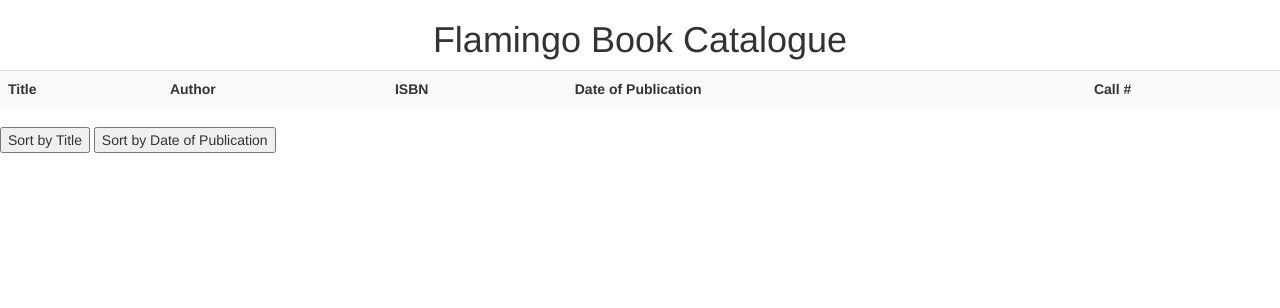
Repository: avega15/Library-Database
Page: http://localhost/main
These files come from the project's save history. The page is drawn as it stood at one moment and after the next save; the edit follows.
The browser window is 1280 px wide. The pictures show the whole page.
The page is this project's Thymeleaf template; nobody is signed in. The template is opened directly, without the code that normally fills it, so the values that code supplies are empty.

Above is the page before, as saved 2021-04-22 01:14:20.

### demo/src/main/resources/templates/main.html
<!DOCTYPE HTML>
<html xmlns:th="http://www.thymeleaf.org">
<head>
<title>Dachshund Book Catalogue</title>
<meta http-equiv="Content-Type" content="text/html; charset=UTF-8" />
<link rel="stylesheet"
	href="https://maxcdn.bootstrapcdn.com/bootstrap/3.4.1/css/bootstrap.min.css">
<script
	src="https://ajax.googleapis.com/ajax/libs/jquery/3.5.1/jquery.min.js"></script>
<script
	src="https://maxcdn.bootstrapcdn.com/bootstrap/3.4.1/js/bootstrap.min.js"></script>
</head>
<body>
	<h1 style="text-align: center">Flamingo Book Catalogue</h1>
	<table class="table table-striped">
		<tr>
			<th scope="col" onclick="window.location.href='titleSort';">Title</th>
			<th scope="col">Author</th>
			<th scope="col">ISBN</th>
			<th scope="col" onclick="window.location.href='dateSort';">Date of
				Publication</th>
			<th scope="col">Call #</th>
		</tr>
		<tr th:each="bib, bibStat: ${bibs}">
			<td th:text="${bibStat.count + '. ' + bib.getTitle()}"></td>
			<td th:text="${bib.getAuthor()}"></td>
			<td th:text="${bib.getIsbn()}"></td>
			<td th:text="${bib.getDate_of_publication()}"></td>
			<td th:text="${bib.getCall_number()}"></td>
		</tr>
	</table>
	<button onclick="window.location.href='titleSort'">Sort by
		Title</button>
	<button onclick="window.location.href='dateSort'">Sort by Date
		of Publication</button>
</body>
</html>

After the next save:
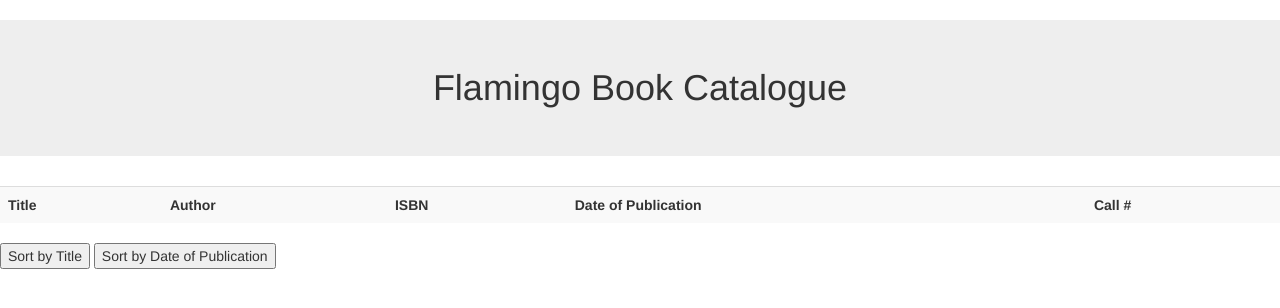
Saved 5 min 23 s later.
--- a/demo/src/main/resources/templates/main.html
+++ b/demo/src/main/resources/templates/main.html
@@ -1,7 +1,7 @@
 <!DOCTYPE HTML>
 <html xmlns:th="http://www.thymeleaf.org">
 <head>
-<title>Dachshund Book Catalogue</title>
+<title>Flamingo Palooza</title>
 <meta http-equiv="Content-Type" content="text/html; charset=UTF-8" />
 <link rel="stylesheet"
 	href="https://maxcdn.bootstrapcdn.com/bootstrap/3.4.1/css/bootstrap.min.css">
@@ -11,7 +11,7 @@
 	src="https://maxcdn.bootstrapcdn.com/bootstrap/3.4.1/js/bootstrap.min.js"></script>
 </head>
 <body>
-	<h1 style="text-align: center">Flamingo Book Catalogue</h1>
+	<h1 class="jumbotron" style="text-align: center">Flamingo Book Catalogue</h1>
 	<table class="table table-striped">
 		<tr>
 			<th scope="col" onclick="window.location.href='titleSort';">Title</th>
